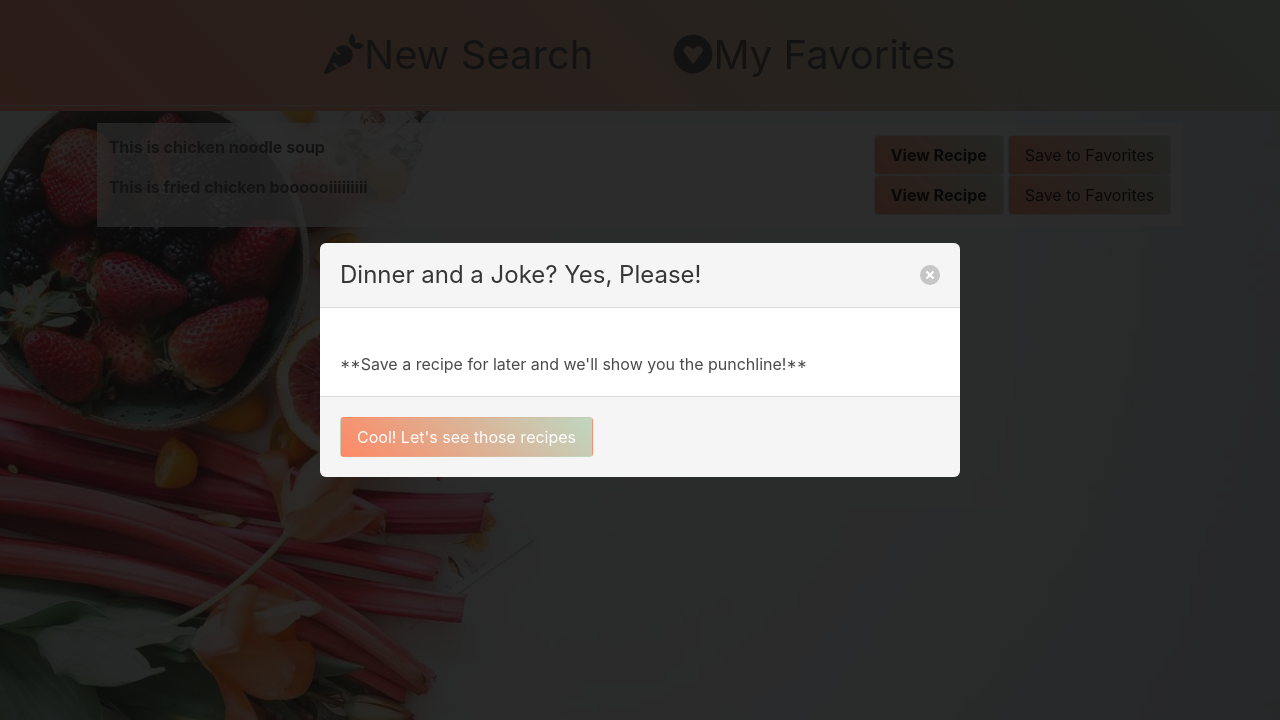
Repository: puakehaulani/the-hungry-app-proj1
Page: results.html
These files come from the project's save history. The page is drawn as it stood at one moment and after the next save; the edit follows.
The browser window is 1280 px wide. The pictures show the window.
The page's requests for data from a server got no answer. A layer covers the whole window, so only the first screen is drawn. Some web libraries are served in a nearby version.

Above is the page before, as saved 2020-10-17 13:01:06.

### results.html
<!DOCTYPE html>
<html lang="en">

<head>
    <meta charset="UTF-8">
    <meta name="viewport" content="width=device-width, initial-scale=1.0">
    <title>Results</title>
    <!-- reset css -->
    <link rel="stylesheet" href="assets/style/reset.css">
    <!-- bulma cdn -->
    <link rel="stylesheet" href="https://cdnjs.cloudflare.com/ajax/libs/bulma/0.9.1/css/bulma.min.css">
    <!-- project css style sheet -->
    <link rel="stylesheet" href="assets/style/style.css">
</head>

<body>
    <nav class="tabs is-centered is-size-5-mobile is-size-3-tablet is-size-2-widescreen" role="navigation" aria-label="main navigation">
        <ul>
            <li>
                <!-- search new item link  -->
                <a href="index.html">
                    <span><i class="fas fa-carrot"></i></span>
                    <span>New Search</span>
                </a>
            </li>
            <li>
                <!-- link to favorites page on the left -->
                <a href="favorites.html">
                    <span><i class="fab fa-gratipay"></i></span>
                    <span>My Favorites</span>
                </a>
            </li>
        </ul>
    </nav>
    <div class="columns">
        <div class="column is-offset-1 is-10" id="resultsContentContainer">
            <ul id="display">
                <li>
                    This is chicken noodle soup
                    <div>
                    <a href="" class="button is-inverted is-outlined">View Recipe</a>
                    <button class="button saveBtn is-inverted is-outlined">Save to Favorites</button>
                    </div>
                </li>
                <li>
                    This is fried chicken boooooiiiiiiiii
                <div>
                        <a href="" class="button is-inverted is-outlined">View Recipe</a>
                        <button class="button saveBtn is-inverted is-outlined">Save to Favorites</button>
                    </div>
                </li>
            </ul>
        </div>
    </div>


    <!-- bulma fontawesome -->
    <script defer src="https://use.fontawesome.com/releases/v5.14.0/js/all.js"></script>
    <!-- jquery cdn -->
    <script src="https://code.jquery.com/jquery-3.5.1.min.js"
        integrity="sha256-9/aliU8dGd2tb6OSsuzixeV4y/faTqgFtohetphbbj0=" crossorigin="anonymous"></script>
    <!-- Our JS -->
    <script src="assets/script/results.js"></script>


    <!-- // all code below is for the modal /// -->
    <div class="modal is-active" id="test">
        <div class="modal-background"></div>
        <div class="modal-card">
            <header class="modal-card-head">
                <p class="modal-card-title">Dinner and a Joke? Yes, Please!</p>
                <button class="delete" aria-label="close"></button>
            </header>
            <section class="modal-card-body">
                <h1 id="setup"></h1>
                <br>
                <h3>**Save a recipe for later and we'll show you the punchline!**</h3>
            </section>
            <footer class="modal-card-foot">
                <button class="button is-success" id="showjokesetup">
                    Cool! Let's see those recipes
                </button>
            </footer>
        </div>
    </div>

    <!-- // all code ABOVE is for the modal /// -->
    <!--punchline modal below-->
    <div class="modal" id="punch">
        <div class="modal-background"></div>
        <div class="modal-card">
            <header class="modal-card-head">
                <p class="modal-card-title">Favorite saved! Here's your punchline:</p>
                <button class="delete" aria-label="close"></button>
            </header>
            <section class="modal-card-body">
                <h1 id="punchline"></h1>
            </section>
            <footer class="modal-card-foot">
                <button class="button is-success" id="closepunchline">
                    wow that was hilarious!
                </button>
            </footer>
        </div>
    </div>


</body>

</html>

### assets/style/style.css

html{
    background-image: url(images/foodOnSIde.jpg);
    background-size: cover;
    min-height: 800px;
    background-repeat: no-repeat;
}

.tabs{
    background-image: linear-gradient(45deg, #FE8965, #BED7C1) ;
    padding-bottom: 5px;
    padding-top: 5px;
    color: black !important;
}


.button{
    background-image: linear-gradient(45deg, #FE8965, #BED7C1) ;
    color: black;
}

.saveBtn{
    background-image: linear-gradient(45deg, #FE8965, #BED7C1) ;
    color: black;
}

/* Elements only in index html */

#indexInstructions{
    background-color: rgb(236,75,70, .75);
}

#indexInstructions p{
    font-weight: bold;
    color: white;
}

#ingredientSearch{
    display: inline-block;
}

th{
    background-image: linear-gradient(45deg, #FE8965, #BED7C1) ;
    color: black !important;
}


/* Elements that only exist on results html*/
#resultsContentContainer{
    background-color: rgb(255, 255, 255, .7);
    color: rgb(76,75,75);
    font-weight: bolder;
    float: left;
}
#display li{
    display: flex;
    justify-content: space-between;
}






#favRecipes{
    min-height: 300px;
    color: black;
    background-color: rgb(256, 256, 256, .9);
    border-radius: 15px;
}

#favRecipes h1{
    background-image: linear-gradient(45deg, #FE8965, #BED7C1) ;
    border-radius: 10px;
}

#favJokes{
    min-height: 300px;
    color: black;
    background-color: rgb(256, 256, 256, .9);
    border-radius: 15px;
}

#favJokes h1{
    background-image: linear-gradient(45deg, #FE8965, #BED7C1) ;
    border-radius: 10px;
}

### assets/script/results.js
// -----GLOBAL VAR-----
// string of user input ingredients from local storage
let ingredientsString = localStorage.getItem("ingredients")
console.log(ingredientsString);

// -----build functions-----

// ---build ingredient endpoint function---
function buildIngredientsURL() {
    let ingredientsAPIURL = "https://api.spoonacular.com/recipes/findByIngredients?"
    let ingredientsParams = {
        //route to user input id for ingredients
        apiKey: "eb7473b82620444ab521e6fa290c08a3",
        //route to user input id for recipe type (query)
        ingredients: ingredientsString,
        // //route to user input id for number of results
        // number: "",
    };
    console.log(ingredientsAPIURL + $.param(ingredientsParams));
    return ingredientsAPIURL + $.param(ingredientsParams);
}


// show results function
function showResults(responseli) {
    // -----build recipe url-----
    let $display = $("#display");
    $display.empty();
    for (i = 0; i < 10; i++) {
        let li = $("<li>");
        let viewBtn = $("<a>");
        let saveBtn = $("<button>");
        li.text(responseli[i].title);
        viewBtn.text("View Recipe");
        viewBtn.attr("class", "button is-inverted is-outlined");
        viewBtn.attr("target", "_blank")
        saveBtn.text("Save to Favorites");
        saveBtn.attr("id", "saveBtn");
        saveBtn.attr("class", "is-inverted is-outlined");

        li.append(viewBtn);
        li.append(saveBtn);
        $display.append(li);

        let recipeId = responseli[i].id;
        console.log(recipeId);
        let recipeAPI = "https://api.spoonacular.com/recipes/" + recipeId + "/information?apiKey=eb7473b82620444ab521e6fa290c08a3&includeNutrition=false";
        // ajax call to get url for recipe, commented out to preserve quota
        $.ajax({
            url: recipeAPI,
            method: "GET",
        }).then(function (response) {
            console.log(response);
            let responseLink = response.sourceUrl;
            console.log(responseLink);
            li.attr("data-link", responseLink);
            viewBtn.attr("href", responseLink);
        })
    }
}


// https://official-joke-api.appspot.com/random_joke
// ----build URL function----

$(document).ready(function () {
    let queryURL = "https://official-joke-api.appspot.com/random_joke";
    $.ajax({
        url: queryURL,
        method: "GET"
    }).then(function (response) {
        console.log(response.setup);
        console.log(response.punchline);
        $("#setup").text(response.setup)
        $("#punchline").text(response.punchline)
        localStorage.setItem("punchline", response.punchline)
        localStorage.setItem("setup", response.setup)
    });

    // event listener and handling for a user that doesn't want to see joke
    $("#nojoke").on("click", function () {
        console.log("no")
    });


    let test = document.querySelector("#test");
    let showjokesetup = document.querySelector("#showjokesetup");
    console.log(showjokesetup);
    showjokesetup.addEventListener("click", function () {
        test.classList.toggle("is-active");
    })
});


// -----CALLS-----
let ingredientAPI = buildIngredientsURL();
//ajax call working, commented out to preserve quota
$.ajax({
    url: ingredientAPI,
    method: "GET",
}).then(function (response) {
    console.log(response);
    showResults(response);
    // click function for save btn, same format as for modal earlier //
    let punch = document.querySelector("#punch");
    let showpunchline = document.querySelector("#saveBtn");
    console.log("lexilog " + showpunchline);
    showpunchline.addEventListener("click", function () {
        punch.classList.toggle("is-active");
        console.log("lexilog2 " + localStorage.getItem("punchline"));
        $("#punchline").text(localStorage.getItem("punchline"));

        //these local storages needs work, this will currently just store one
        // localStorage.setItem("favetitle ", );
        // localStorage.setItem("favelink ", );
    })
    // click function to close modal
    let closepunchline = document.querySelector("#closepunchline");
    console.log("lexilogclose " + closepunchline);
    closepunchline.addEventListener("click", function () {
        punch.classList.toggle("is-active");
    })
})

Loaded but not shown: assets/style/reset.css (common file)

After the next save:
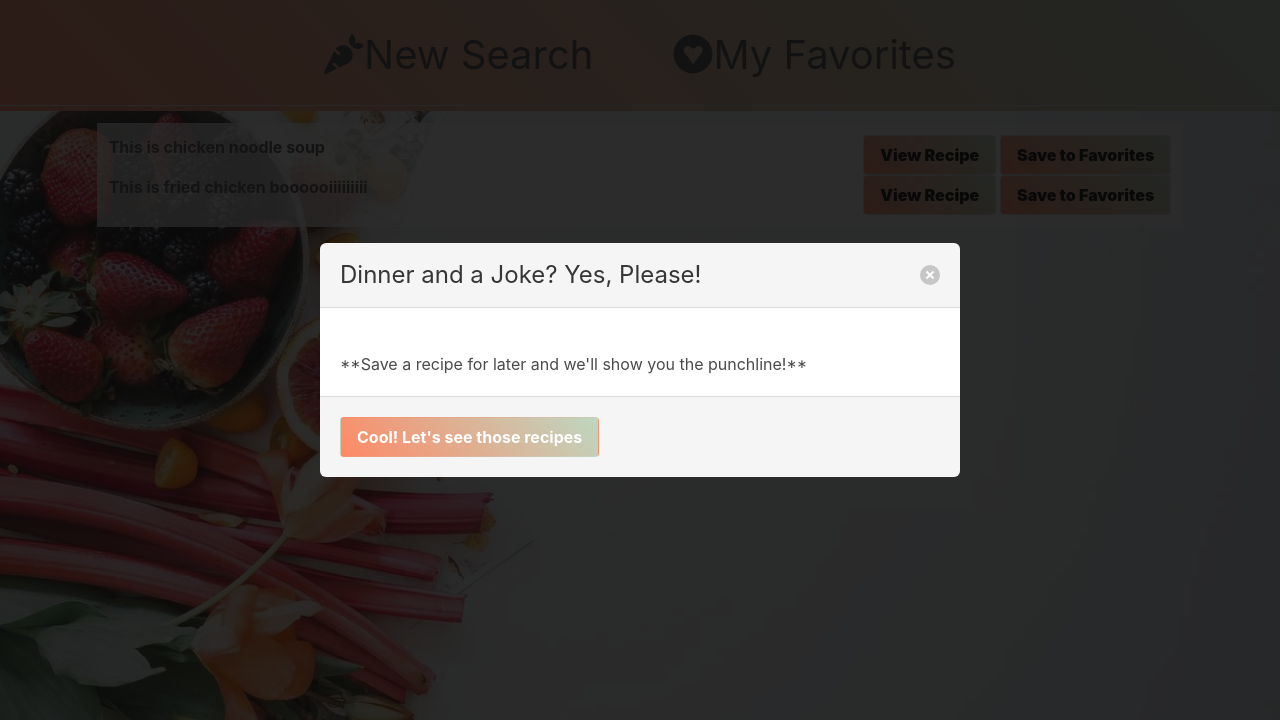
Saved 2 min 37 s later.
--- a/assets/style/style.css
+++ b/assets/style/style.css
@@ -17,6 +17,7 @@ html{
 .button{
     background-image: linear-gradient(45deg, #FE8965, #BED7C1) ;
     color: black;
+    font-weight: bolder;
 }
 
 .saveBtn{
